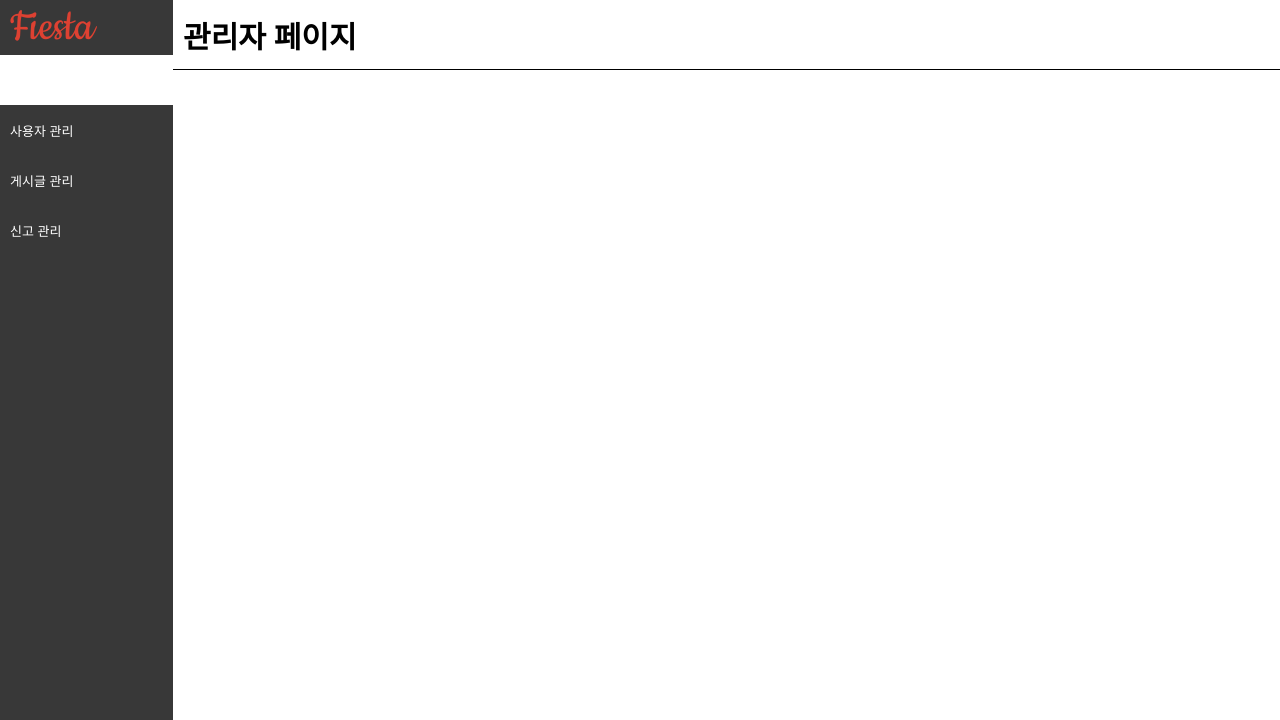
Repository: SNSFiestaTeam/Fiesta
Page: Fiesta/src/main/webapp/html/management/management.html
These files come from the project's save history. The page is drawn as it stood at one moment and after the next save; the edit follows.
The browser window is 1280 px wide. The pictures show the whole page.
Some web fonts or font styles are not loaded; a fallback is used.

Above is the page before, as saved 2022-12-06 11:55:02.

After the next save:
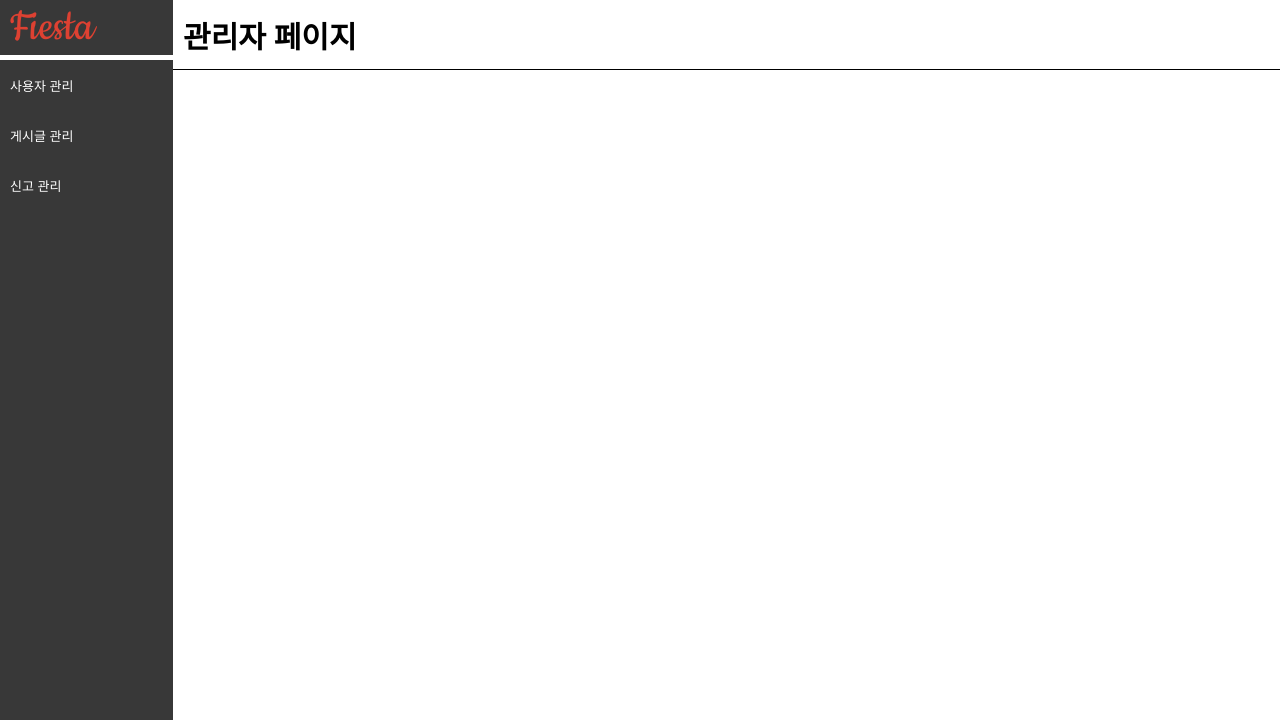
Saved 8 s later.
--- a/Fiesta/src/main/webapp/resources/css/management/management.css
+++ b/Fiesta/src/main/webapp/resources/css/management/management.css
@@ -38,7 +38,7 @@ body {
   font-size: 50px;
   color: var(--fiesta-color);
   font-family: 'Cookie', cursive;
-  border-bottom: 1em solid white;
+  border-bottom: 0.1em solid white;
   padding-left: 10px;
 }
 
